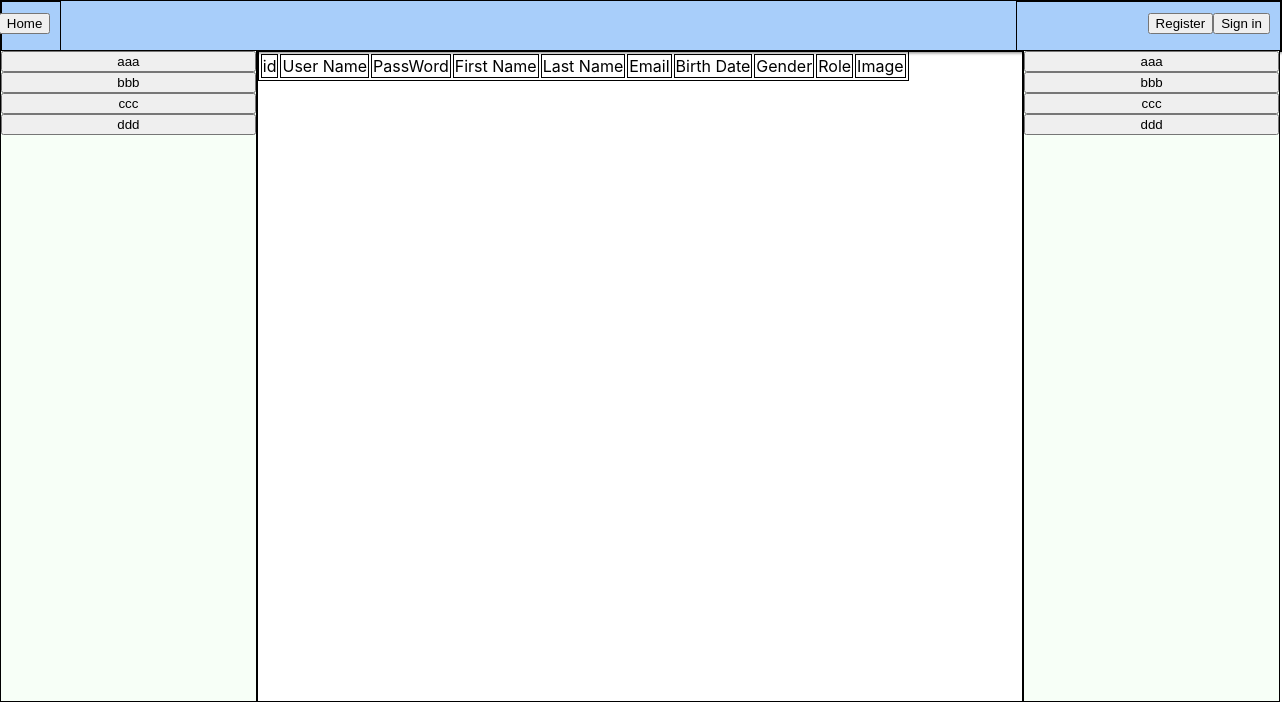
Repository: MichaelSodovski/website-client
Page: /users
An editor plug-in stored every save of this project. The page is shown before and after a run of saves, followed by the edit.
The browser window is 1280 px wide. The page is 1282 px wide, so the pictures cover 1282 px, including what lies to the right of the window. The pictures show the whole page.
The page's requests for data from a server got no answer. The project was rebuilt for these pictures with package versions that can differ from the ones it lists, and the page was loaded fresh each time. No one was signed in, and anything a server would have sent is missing. Also part of the build but not shown: src/components/home/home.component.jsx, src/components/register/register.component.css, src/components/payment-info/payment.component.css, src/components/payment-info/payment.component.js, src/components/register/register.component.jsx, src/components/signIn/signIn.component.css, src/components/signIn/signIn.component.jsx.

Above is the page before, as saved 2022-05-14 22:20:11.

### public/index.html
<!DOCTYPE html>
<html lang="en">

<head>
    <meta charset="utf-8" />
    <link rel="icon" href="%PUBLIC_URL%/favicon.ico" />
    <meta name="viewport" content="width=device-width, initial-scale=1" />
    <meta name="theme-color" content="#000000" />
    <meta name="description" content="Web site created using create-react-app" />
    <link rel="apple-touch-icon" href="%PUBLIC_URL%/logo192.png" />
    <!--
      manifest.json provides metadata used when your web app is installed on a
      user's mobile device or desktop. See https://developers.google.com/web/fundamentals/web-app-manifest/
    -->
    <link rel="manifest" href="%PUBLIC_URL%/manifest.json" />
    <!--
      Notice the use of %PUBLIC_URL% in the tags above.
      It will be replaced with the URL of the `public` folder during the build.
      Only files inside the `public` folder can be referenced from the HTML.

      Unlike "/favicon.ico" or "favicon.ico", "%PUBLIC_URL%/favicon.ico" will
      work correctly both with client-side routing and a non-root public URL.
      Learn how to configure a non-root public URL by running `npm run build`.
    -->
    <title> site </title>
</head>

<body>
    <noscript>You need to enable JavaScript to run this app.</noscript>
    <div id="root"></div>
    <!--
      This HTML file is a template.
      If you open it directly in the browser, you will see an empty page.

      You can add webfonts, meta tags, or analytics to this file.
      The build step will place the bundled scripts into the <body> tag.

      To begin the development, run `npm start` or `yarn start`.
      To create a production bundle, use `npm run build` or `yarn build`.
    -->
</body>

</html>

### src/index.js
import React from 'react';
import ReactDOM from 'react-dom';
import './index.css';
import App from './App';
import reportWebVitals from './reportWebVitals';
import { BrowserRouter } from 'react-router-dom';

ReactDOM.render(
    <BrowserRouter>
        <React.StrictMode>
            <App />
        </React.StrictMode>
    </BrowserRouter>,
    document.getElementById('root')
);

// If you want to start measuring performance in your app, pass a function
// to log results (for example: reportWebVitals(console.log))
// or send to an analytics endpoint. Learn more: https://bit.ly/CRA-vitals
reportWebVitals();

### src/App.js
import './App.css';
import React from "react";
import { Route, Switch } from 'react-router-dom';
import Home from '../src/components/home/home.component'
import Menu from '../src/components/menu/menu.component';
import Register from '../src/components/register/register.component';
import NavigationBar from '../src/components/navigationBar/navigationBar.component';
import SignIn from '../src/components/signIn/signIn.component'
import Users from '../src/components/users/users.component'

export default function App() {
    return (
        <div className="App">
            <header className="App-header">
                <NavigationBar></NavigationBar>
            </header>
            <div className="layout-flexbox-container">
                <aside className="App-right-side_menu">
                    <Menu></Menu>
                </aside>
                <main className="App-main">
                    <Switch>
                        <Route path="/home">
                            <Home></Home>
                        </Route>
                        <Route path="/register">
                            <Register></Register>
                        </Route>
                        <Route path="/signin">
                            <SignIn></SignIn>
                        </Route>
                        <Route path="/users">
                            <Users></Users>
                        </Route>
                    </Switch>
                </main>
                <aside className="App-left-side_menu">
                    <Menu></Menu>
                </aside>
            </div>
        </div>
    );
}

### src/App.css
.App {
    display: flex;
    flex-direction: column;
}

.App-header {
    width: 100%;
    box-shadow: 3px 3px 3px grey;
    height: 50px;
}

.layout-flexbox-container {
    display: flex;
    flex-direction: row;
    width: 100%;
    height: 100%;
}

.App-main {
    border: 0.01px black solid;
    height: 650px;
    width: 100px;
    flex: 3;
}

.App-left-side_menu {
    display: flex;
    flex-direction: column;
    background-color: #F7FFF7;
    border: 0.01px black solid;
    height: 650px;
    flex: 1;
}

.App-right-side_menu {
    background-color: #F7FFF7;
    border: 0.01px black solid;
    height: 650px;
    flex: 1;
}

### src/components/menu/menu.component.jsx
import '../menu/menu.component.css';

export default function Menu() {

    return (
        <div className="menu-flex-container">
            <button> aaa </button>
            <button> bbb </button>
            <button> ccc </button>
            <button> ddd </button>
        </div>
    );
}

### src/components/navigationBar/navigationBar.component.jsx
import React from 'react';
import '../navigationBar/navigationBar.component.css'
import { Link } from 'react-router-dom';

export default function NavigationBar() {


    return (
        <div className="navBar-main-container">
            <div className="navigationBar-right-form-container">
                <Link to="/home">
                    <button >Home</button>
                </Link>
            </div>
            <div className="navigationBar-left-form-container">
                <Link to="/register">
                    <button>Register</button>
                </Link>
                <Link to="/signin">
                    <button>Sign in</button>
                </Link>
            </div>
        </div>
    );
}

### src/components/users/users.component.jsx
import React from 'react';
import { useEffect, useState } from 'react';
import '../users/users.component.css'

export default function Users() {

    useEffect(() => {
        let usersArr = [];
        fetch('/getUSers').then(response => response.json())
            .then(users => {
                for (var i in users) {
                    usersArr.push(users[i]);
                }
            });
        console.log(usersArr);
    }, [])

    return (
        <div>
            <table className="table-users">
                <tr>
                    <td>
                        id
                    </td>
                    <td>
                        User Name
                    </td>
                    <td>
                        PassWord
                    </td>
                    <td>
                        First Name
                    </td>
                    <td>
                        Last Name
                    </td>
                    <td>
                        Email
                    </td>
                    <td>
                        Birth Date
                    </td>
                    <td>
                        Gender
                    </td>
                    <td>
                        Role
                    </td>
                    <td>
                        Image
                    </td>
                </tr>
            </table>
        </div>
    );
}

### src/components/menu/menu.component.css
.menu-flex-container {
    display: flex;
    flex-direction: column;
}

### src/components/navigationBar/navigationBar.component.css
.navBar-main-container {
    display: flex;
    justify-content:space-between;
    border: 1px black solid;
    width: 100%;
    height: 100%;
    background-color: rgb(168, 206, 250);
}

.navigationBar-left-form-container {
    display: flex;
    flex-direction: row;
    justify-content: flex-end;
    border: 1px black solid;
    width: 19%;
    padding: 10px;
}

.navigationBar-right-form-container {
    display: flex;
    flex-direction: row;
    justify-content: flex-end;
    border: 1px black solid;
    width: 3%;
    padding: 10px;
}

### src/components/users/users.component.css
.table-users {
    border: 1px solid black;
}

.table-users > tr, td {
    border: 1px solid black;
}

Loaded but not shown: src/index.css (common file); src/reportWebVitals.js (common file)

After the next 2 saves:
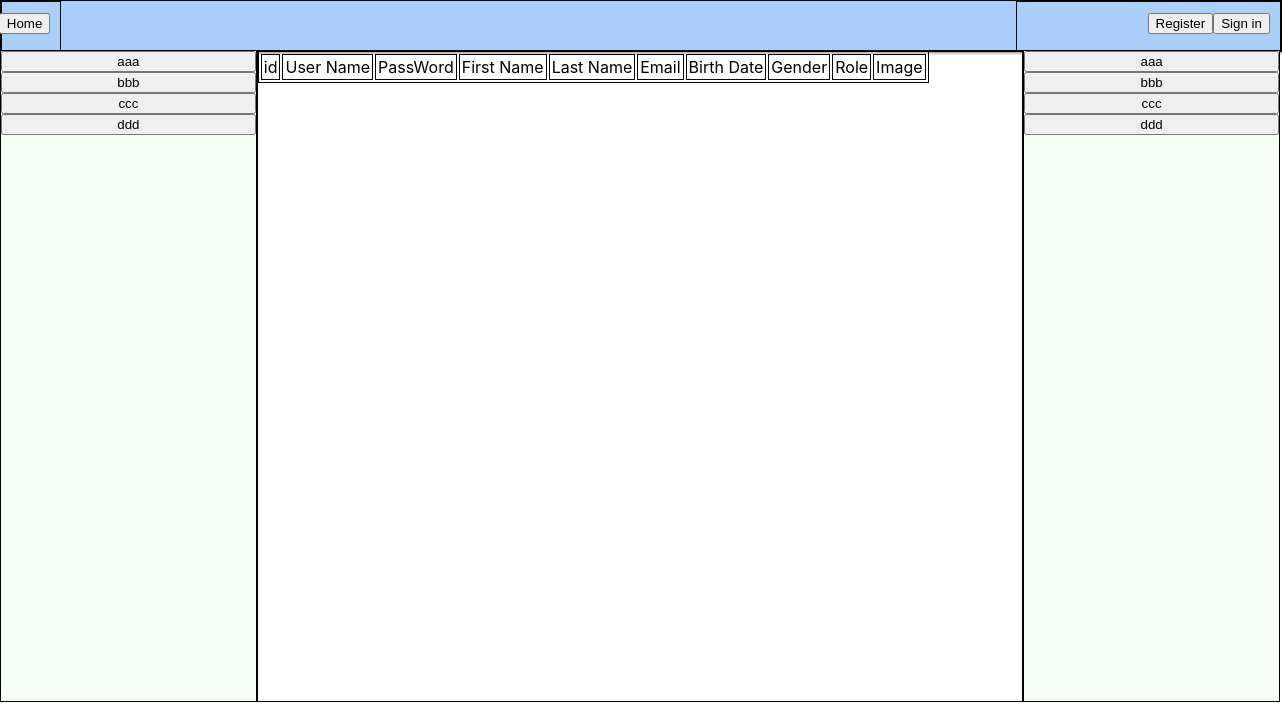
The 2 saves are shown as one change because they came seconds apart.
The last was saved 18 s later.
--- a/src/components/users/users.component.css
+++ b/src/components/users/users.component.css
@@ -4,4 +4,5 @@
 
 .table-users > tr, td {
     border: 1px solid black;
+    padding: 2px;
 }
